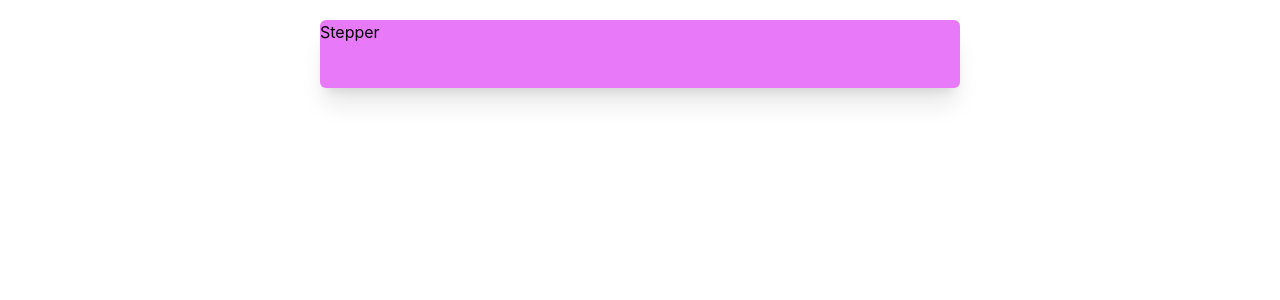
Repository: OmniaRafat232111121/reactstepper
Page: /
An editor plug-in stored every save of this project. The page is shown before and after the next save, followed by the edit.
The browser window is 1280 px wide. The pictures show the whole page.
The project was rebuilt for these pictures with package versions that can differ from the ones it lists, and the page was loaded fresh each time. Also part of the build but not shown: src/App.css.

Above is the page before, as saved 2023-02-21 16:57:48.

### src/App.js

import './App.css';
import Stepper from './Component/Stepper';
import StepperControl from './Component/StepperControl';
function App() {
  return (
    <div className="md:w-1/2 mx-auto  rounded-md shadow-xl bg-fuchsia-400 pb-2 mt-5">
     {/*stepper*/}
    <div className='container horizontal mt-5'>
    <Stepper/>
    </div>
     {/*StepperCOntrol*/}
     <StepperControl/>
    </div>
  );
}

export default App;

### src/Component/Stepper.js
import React from 'react'

const Stepper = () => {
  return (
    <div>
      <h1>Stepper</h1>
    </div>
  )
}

export default Stepper

### src/Component/StepperControl.js
import React from 'react'

const StepperControl = () => {
  return (
    <div className='container  flex justify-around mt-5 mb-4'>
       {/*back button*/}
       <button>
       </button>
        {/*next button*/}
    </div>
  )
}

export default StepperControl

Loaded but not shown: public/index.html (common file); src/index.js (common file); src/index.css (common file); tailwind.config.js (common file)

After the next save:
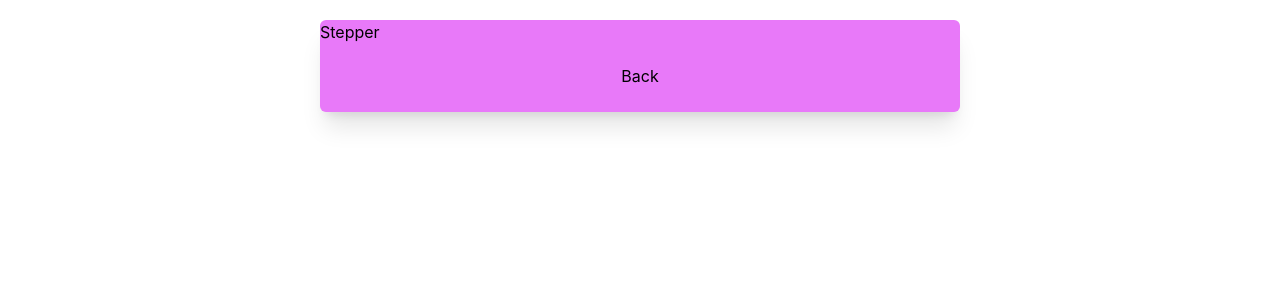
Saved 4 s later.
--- a/src/Component/StepperControl.js
+++ b/src/Component/StepperControl.js
@@ -5,6 +5,7 @@ const StepperControl = () => {
     <div className='container  flex justify-around mt-5 mb-4'>
        {/*back button*/}
        <button>
+       Back
        </button>
         {/*next button*/}
     </div>
